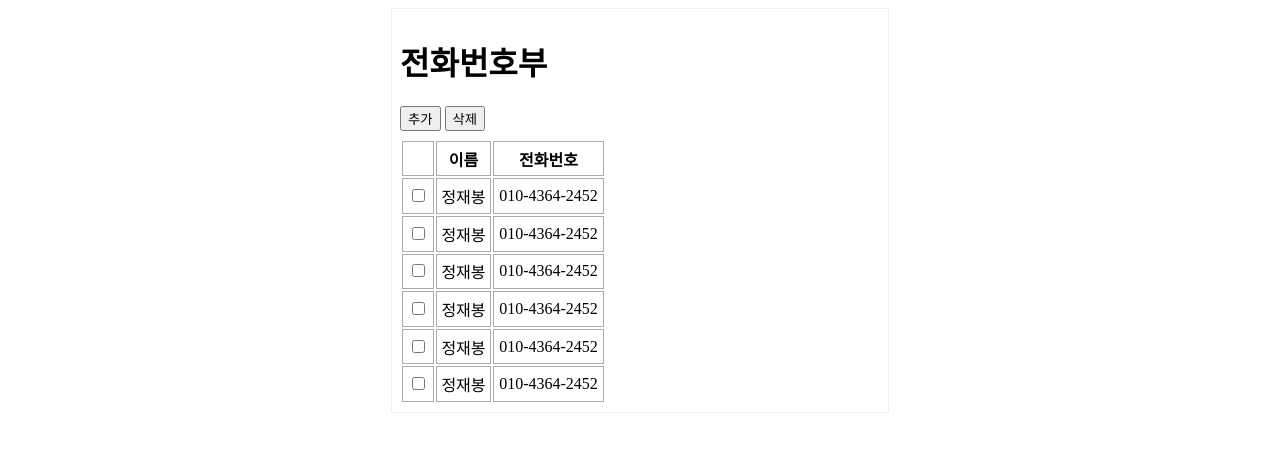
Repository: limjh0513/DGSW_JAVA
Page: 2학기/JAVA_WEB/web/src/main/webapp/phoneBook/phoneBook.html
The author's editor kept a copy of each file at every save. The page is drawn from the files as they stood at one save, then again after the next save.
The browser window is 1280 px wide. The pictures show the whole page.

Above is the page before, as saved 2021-11-03 02:30:02.

### 2학기/JAVA_WEB/web/src/main/webapp/phoneBook/phoneBook.html
<!DOCTYPE html>
<html>
<head>
<meta charset="EUC-KR">
<title>전화번호부</title>
<link rel="stylesheet" href="css/phoneBook.css" />
</head>
<body>
	<div class="main">
		<h1>전화번호부</h1>
		<div class="btn">
			<button>추가</button>
			<button>삭제</button>
		</div>

		<table>
			<thead>
				<tr class="list">
					<th></th>
					<th>이름</th>
					<th>전화번호</th>
				</tr>
			</thead>
			<tbody>
				<tr class="list">
					<td><input type="checkbox" /></td>
					<td>정재봉</td>
					<td>010-4364-2452</td>
				</tr>
			<tbody>
				<tr class="list">
					<td><input type="checkbox" /></td>
					<td>정재봉</td>
					<td>010-4364-2452</td>
				</tr>
			<tbody class="list">
				<tr>
					<td><input type="checkbox" /></td>
					<td>정재봉</td>
					<td>010-4364-2452</td>
				</tr>
			<tbody>
				<tr class="list">
					<td><input type="checkbox" /></td>
					<td>정재봉</td>
					<td>010-4364-2452</td>
				</tr>
			<tbody>
				<tr class="list">
					<td><input type="checkbox" /></td>
					<td>정재봉</td>
					<td>010-4364-2452</td>
				</tr>
			<tbody>
				<tr class="list">
					<td><input type="checkbox" /></td>
					<td>정재봉</td>
					<td>010-4364-2452</td>
				</tr>
		</table>
	</div>


</body>
</html>

### 2학기/JAVA_WEB/web/src/main/webapp/phoneBook/css/phoneBook.css
@charset "EUC-KR";

.main {
	width: 30rem;
	border: 1px solid #EEE;
	margin: 0 auto 0 auto;
	padding: 0.5rem;
	position: relative;
}

.btn{
	text-align: rigth;
	padding-right: 3rem;
	margin-bottom: 0.5rem;
}

.list{
	width: 95%;
	margin: 0 auto 0 auto;
	border-collapse: collapse;
}

.list th, td{
	border: 1px solid #AAA;
	padding: 0.3rem;
	text-align: center;
}

.registerLayer{
	width: 20rem;
	margin: 0 auto 0 auto;
	border: 2px solid #AAA;
	position: absolute;
	top: 10rem;
	left: 5rem;
	background-color: #EEE;
	padding: 0.5rem;
}
.registerLayer label{
	display:inline-block;

}

After the next save:
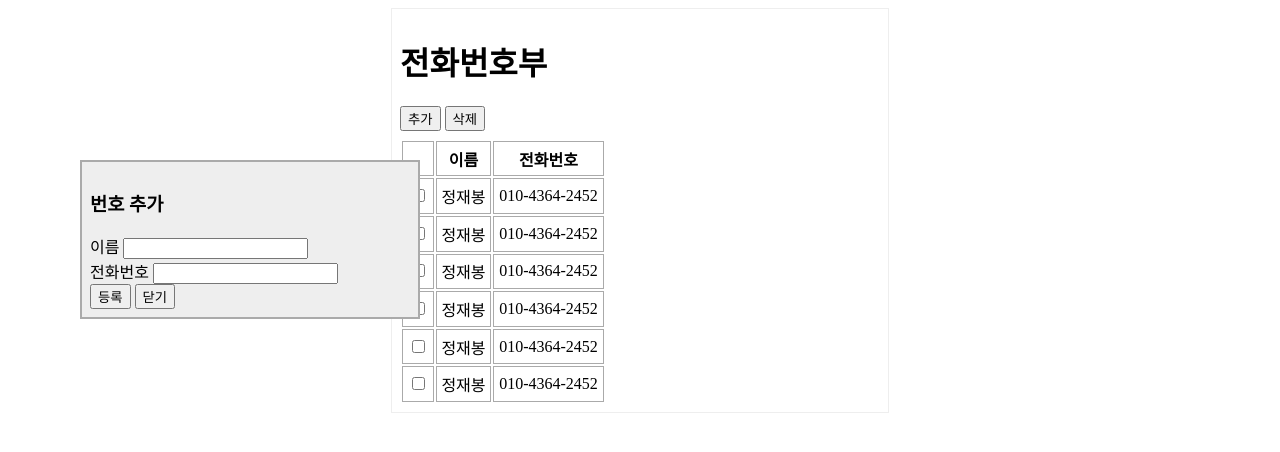
Saved 12 min 8 s later.
--- a/2학기/JAVA_WEB/web/src/main/webapp/phoneBook/phoneBook.html
+++ b/2학기/JAVA_WEB/web/src/main/webapp/phoneBook/phoneBook.html
@@ -61,5 +61,21 @@
 	</div>
 
 
+<div class="registerLayer">
+		<h3>번호 추가</h3>
+		<div>
+			<label>이름</label>
+			<input type="text" name="name"/>
+		</div>
+		<div>
+			<label>전화번호</label>
+			<input type="text" name="phoenNumber"/>
+		</div>
+		<div style="">
+			<input type="button" value="등록"/>
+			<input type="button" value="닫기"/>
+		</div>
+	</div>
+
 </body>
 </html>
